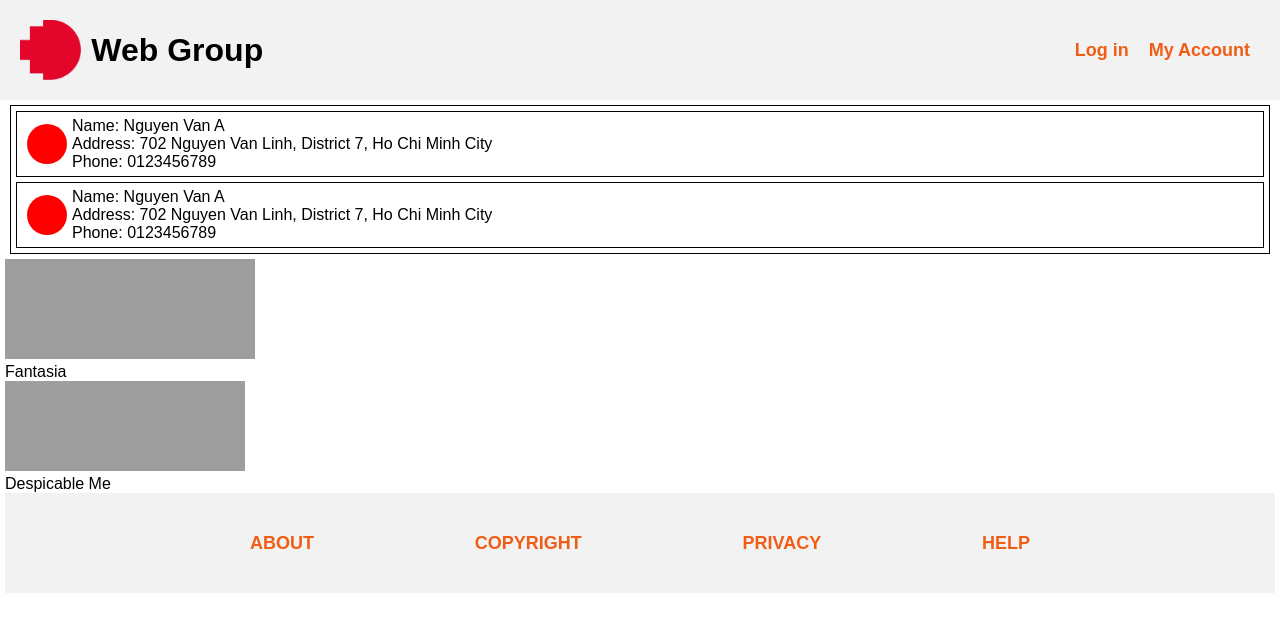
Repository: quynguyn/shoopingweb
Page: shipper.html
The author's editor kept a copy of each file at every save. The page is drawn from the files as they stood at one save, then again after the next save.
The browser window is 1280 px wide. The pictures show the whole page.
Pictures or frames that could not be fetched are drawn as grey boxes.

Above is the page before, as saved 2023-05-04 17:04:21.

After the next save:
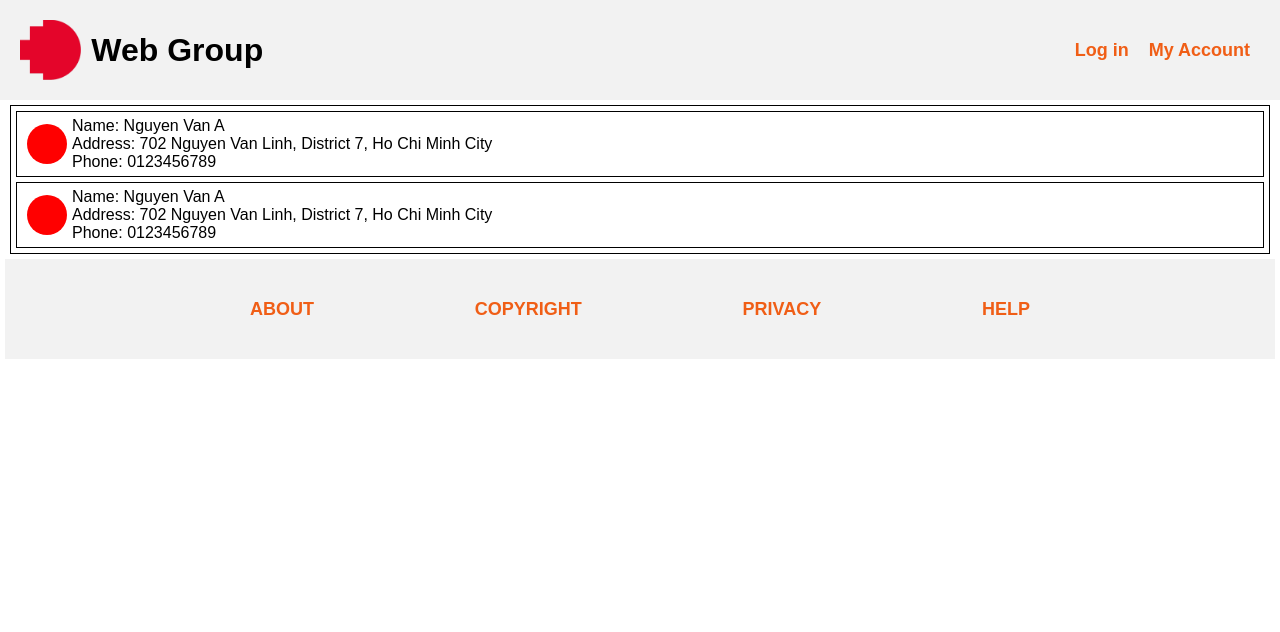
Saved 115 s later.
--- a/shipper.html
+++ b/shipper.html
@@ -87,23 +87,6 @@
 				<div class="body"></div>
 			</div>
 		</div>
-
-		<div>
-			<div class="novels__gallery popup" onclick="popupFunction(event)">
-				<img class="novels__gallery-img" src="https://placekitten.com/250/100">
-				<div class="novels__gallery-title">Fantasia</div>
-				<span class="popupText">Coming Soon!</span>
-			</div>
-			<div class="novels__gallery popup" onclick="popupFunction(event)">
-				<img class="novels__gallery-img" src="https://placekitten.com/240/90">
-				<div class="novels__gallery-title">Despicable Me</div>
-				<div class="popupText">That's what I'm talking about!</div>
-			</div>
-
-			<div id="modal" onclick="closeModal(event)">
-				<div class="body"></div>
-			</div>
-		</div>
 		<!-- Footer of the page -->
 		<footer>
 			<div class="footer-links">
